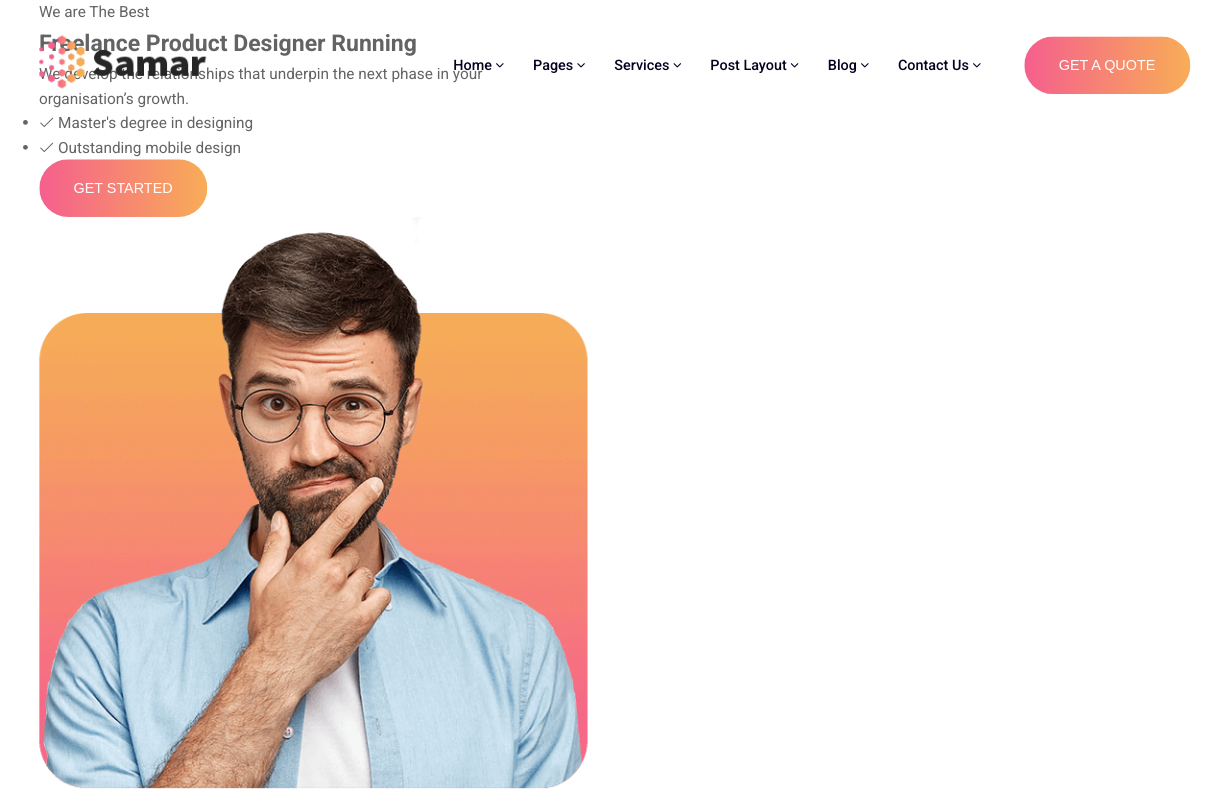
Repository: ducdatit2002/samar
Page: index.html
These files come from the project's save history. The page is drawn as it stood at one moment and after a run of saves; the edit follows.
The browser window is 1280 px wide. The pictures show the whole page, at 96% of full size.

Above is the page before, as saved 2023-07-26 23:30:19.

After the next 3 saves:
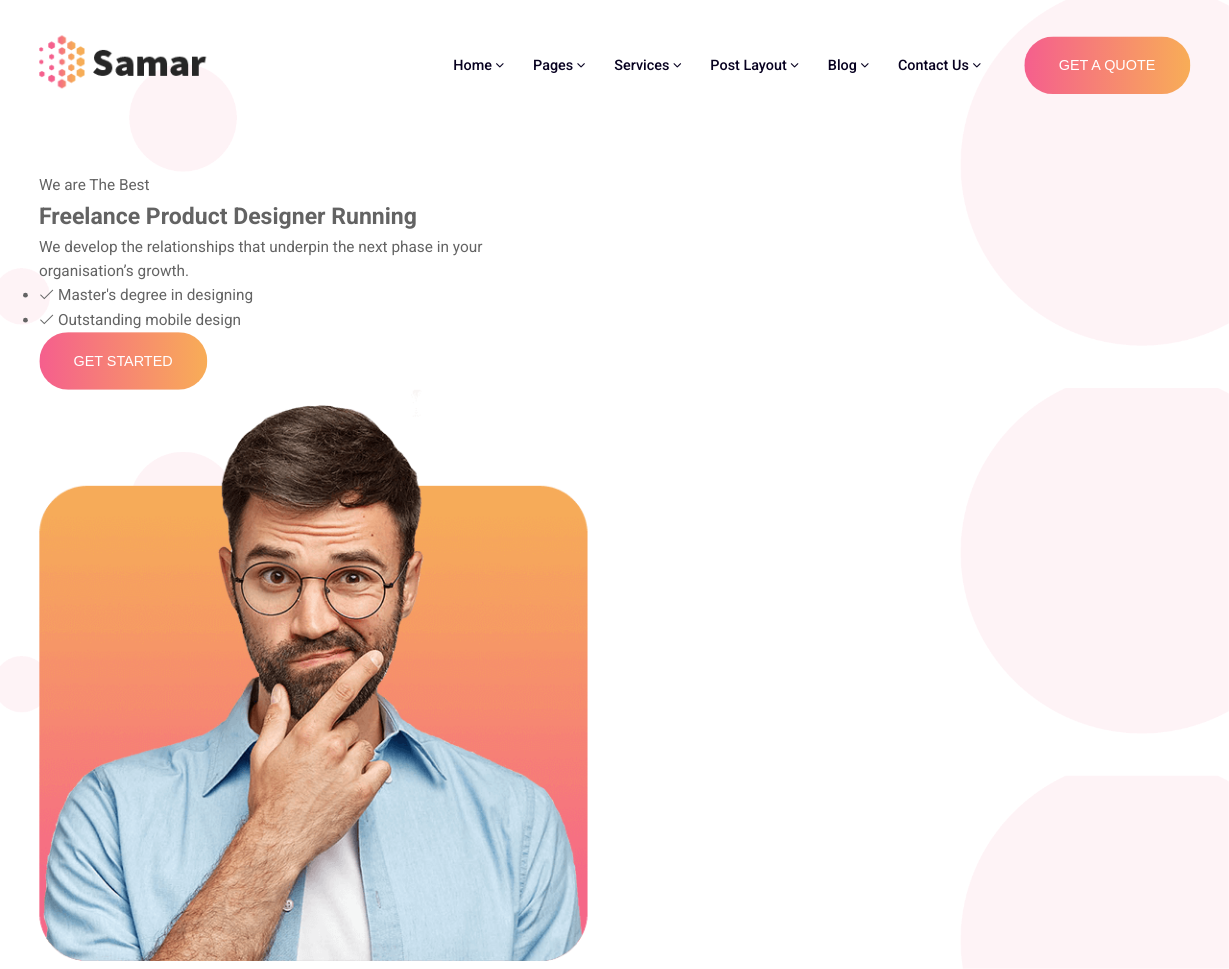
The 3 saves are shown as one change because they came seconds apart.
The last was saved 25 s later.
--- a/index.css
+++ b/index.css
@@ -90,7 +90,14 @@
   color: #fff;
   text-decoration: none;
 }
-
+/* CAROUSEL */
+.saCarousel {
+    padding-top: 180px;
+    overflow: hidden;
+    background-image: url(../img/pic2.png);
+    background-position: top;
+    background-size: 100%;
+}
 /*Animation */
 @keyframes upToDown {
   49% {
